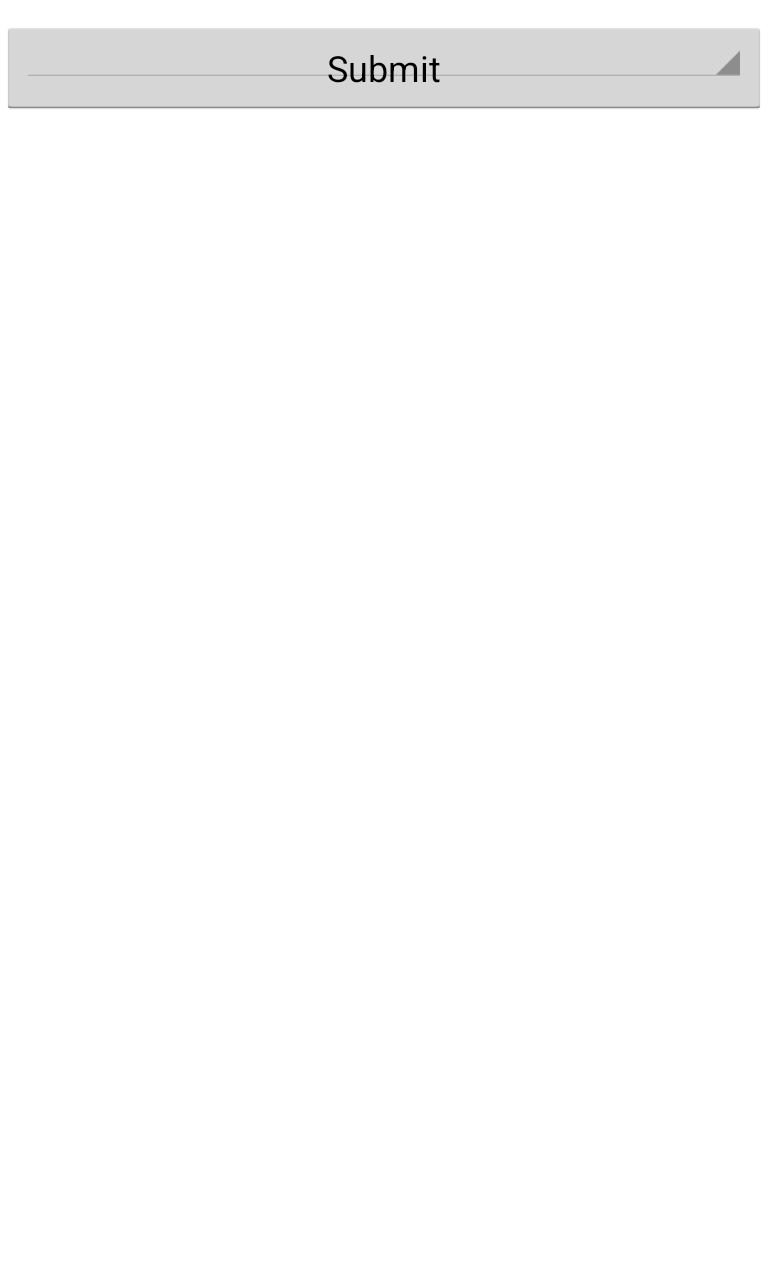
Repository: nanoweb12/GoodFeetAppNew
Layout: GoodFeetapp/res/layout/custom.xml
The author's editor kept a copy of each file at every save. The layout is drawn from the files as they stood at one save, then again after the next save.
It is drawn on a 768 x 1280 px phone screen (xhdpi) without system bars, with theme MyTheme; the app's code is not run.

Above is the layout before, as saved 2015-02-18 07:11:49.

### GoodFeetapp/res/layout/custom.xml
<?xml version="1.0" encoding="utf-8"?>
<RelativeLayout xmlns:android="http://schemas.android.com/apk/res/android"
    android:layout_width="wrap_content"
    android:layout_height="wrap_content" >



    <Spinner
        android:id="@+id/spinner"
        android:layout_width="match_parent"
        android:gravity="center"
        android:layout_marginLeft="10dp"
        android:layout_marginRight="10dp"
         android:layout_marginTop="10dp"
        android:layout_height="wrap_content"

        android:textColor="#FFF" />

    <Button
        android:id="@+id/dialogButtonOK"
         android:layout_marginTop="10dp"
        android:layout_width="match_parent"
        android:layout_height="wrap_content"

        android:text="Submit" />

</RelativeLayout>

### GoodFeetapp/res/values-v11/styles.xml
<resources>
    <style name="MyTheme" parent="@android:style/Theme.Holo.Light">

    </style>

    <style name="MyActionBar" parent="@android:style/Widget.Holo.Light.ActionBar">
    <item name="android:actionBarSize">70dip</item>
         <item name="android:background">#D3D3D3</item>
    </style>
</resources>

### GoodFeetapp/res/values-v14/styles.xml
<!-- <resources>
    the theme applied to the application or activity
    <style name="CustomActionBarTheme"
           parent="@android:style/Theme.Holo.Light.DarkActionBar">

    </style>

    ActionBar styles
    <style name="MyActionBar"
           parent="@android:style/Widget.Holo.Light.ActionBar.Solid.Inverse">
       <item name="android:actionBarSize">70dip</item>
         <item name="android:background">#D3D3D3</item>

    </style>
</resources> -->

<resources>
    <style name="MyTheme" parent="@android:style/Theme.Holo.Light">

    </style>

    <style name="MyActionBar" parent="@android:style/Widget.Holo.Light.ActionBar">
    <item name="android:actionBarSize">100dip</item>
         <item name="android:background">#D3D3D3</item>
    </style>
</resources>

### GoodFeetapp/res/values/styles.xml
<resources>
    <style name="MyTheme" parent="@android:style/Theme.Holo.Light">

    </style>

    <style name="MyActionBar" parent="@android:style/Widget.Holo.Light.ActionBar">
    <item name="android:actionBarSize">70dip</item>
         <item name="android:background">#D3D3D3</item>
    </style>
</resources>

After the next save:
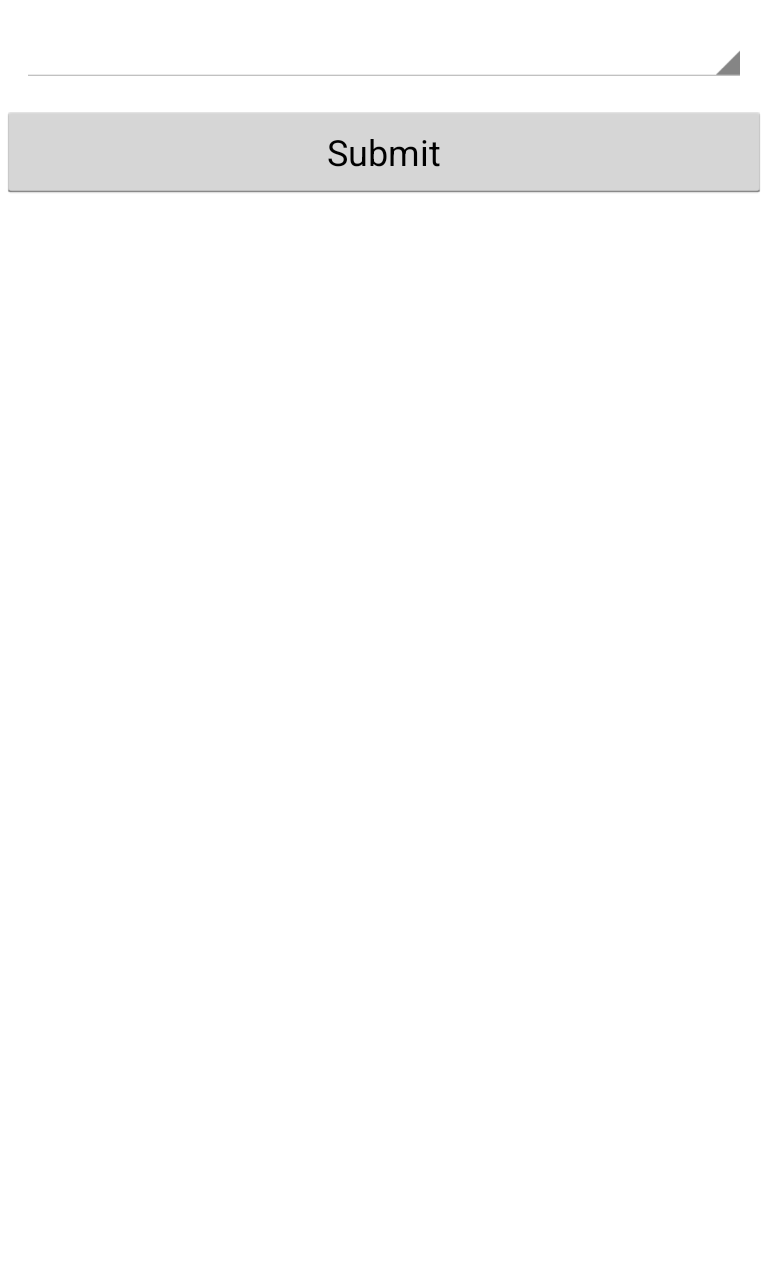
Saved 71 s later.
--- a/GoodFeetapp/res/layout/custom.xml
+++ b/GoodFeetapp/res/layout/custom.xml
@@ -21,7 +21,7 @@
          android:layout_marginTop="10dp"
         android:layout_width="match_parent"
         android:layout_height="wrap_content"
-
+       android:layout_below="@+id/spinner"
         android:text="Submit" />
 
 </RelativeLayout>
